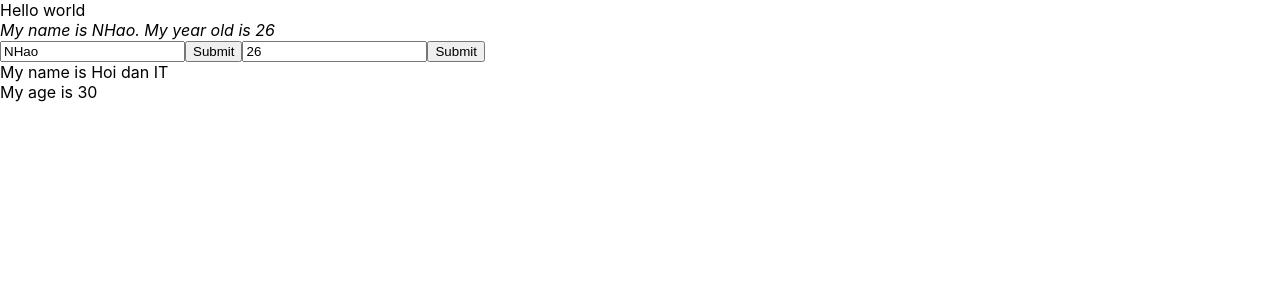
Repository: haonguyen09/reactProject
Page: /
These files come from the project's save history. The page is drawn as it stood at one moment and after the next save; the edit follows.
The browser window is 1280 px wide. The pictures show the whole page.
The project was rebuilt for these pictures with package versions that can differ from the ones it lists, and the page was loaded fresh each time.

Above is the page before, as saved 2023-08-01 13:14:15.

After the next save:
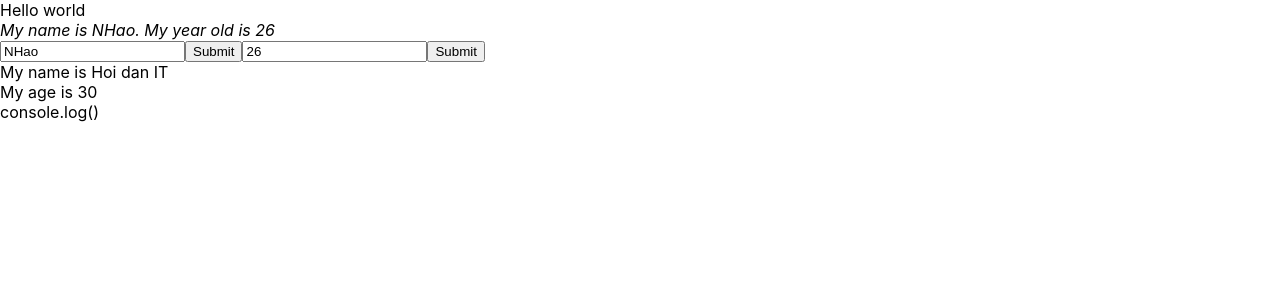
Saved 2 min 0 s later.
--- a/src/components/MyInfo.js
+++ b/src/components/MyInfo.js
@@ -4,17 +4,19 @@ class MyInfo extends React.Component {
     render() {
         const { age, name } = this.props;
         const arr = [1,2,3,4];
-                const obj = {
-                    age: 12,
-                    name: "nj"
-                }
+        const obj = {
+                    a: 12,
+                    n: "nj"
+        }
+        const { e, g } = obj;
+        const { x, a } = arr;
         return (
 
             <div>
                 <div>My name is {name}</div>
                 <div>My age is {age }</div>
 
-
+                console.log()
             </div>
         )
     }
